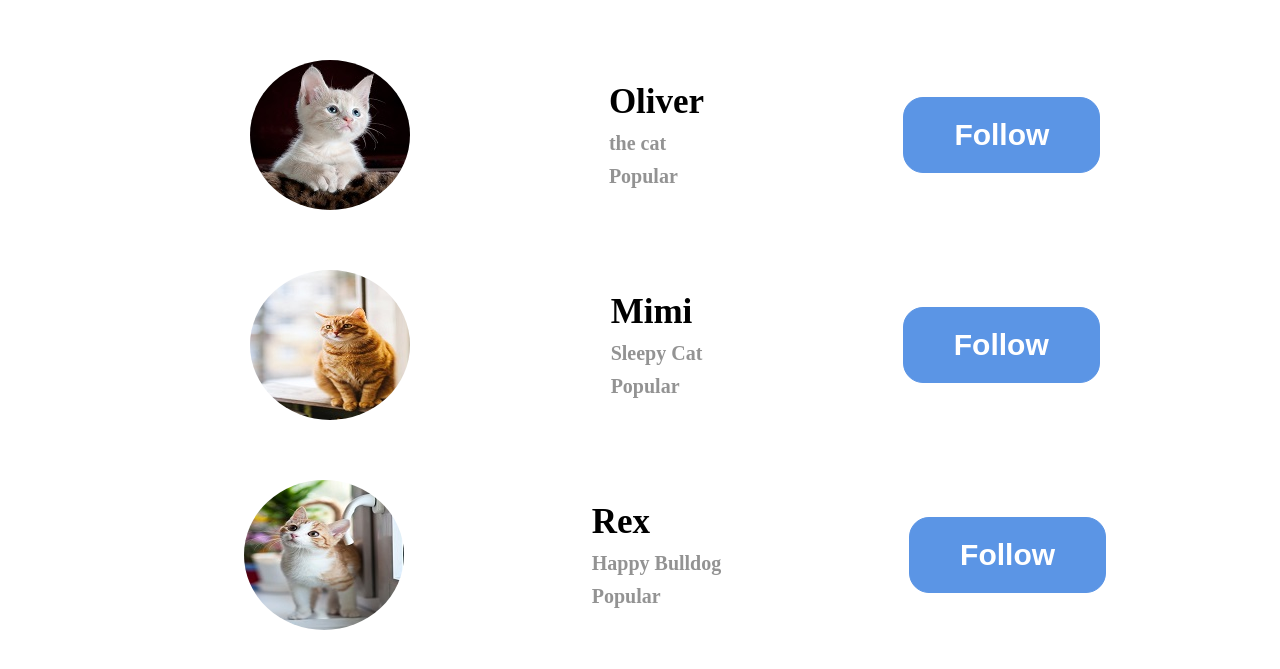
Repository: arifshahriyarnader/css-flexbox
Page: Exercise 4/index.html
An editor plug-in stored every save of this project. The page is shown before and after a run of saves, followed by the edit.
The browser window is 1280 px wide. The pictures show the whole page.

Above is the page before, as saved 2024-06-21 11:53:31.

### Exercise 4/index.html
<!DOCTYPE html>
<html lang="en">
<head>
    <meta charset="UTF-8">
    <meta name="viewport" content="width=device-width, initial-scale=1.0">
    <title>Document</title>
    <link rel="stylesheet" href="css/style.css">
</head>
<body>
        <div class="follow">
            <img src="images/cat1.jpg" alt="cat 1" class="follow_img">
            <div class="follow_content">
                <h3>Oliver</h3>
                <p>the cat</p>
                <p>Popular</p>
            </div>
            <!-- <div></div>
            <div></div>
            <div></div>
            <div></div>
            <div></div>
            <div></div>
            <div></div>
            <div></div>
            <div></div>
            <div></div>
            <div></div> -->
            <button type="submit" class="btn">Follow</button>
            <!-- <div></div>
            <div></div>
            <div></div>
            <div></div>
            <div></div>
            <div></div>
            <div></div>
            <div></div>
            <div></div> -->
        </div>

        <div class="follow">
            <img src="images/cat2.jpg" alt="cat 1" class="follow_img">
            <div class="follow_content">
                <h3>Mimi</h3>
                <p>Sleepy Cat</p>
                <p>Popular</p>
            </div>
            <!-- <div></div>
            <div></div>
            <div></div>
            <div></div>
            <div></div>
            <div></div>
            <div></div>
            <div></div>
            <div></div>
            <div></div>
            <div></div> -->
            <button type="submit" class="btn">Follow</button>
            <!-- <div></div>
            <div></div>
            <div></div>
            <div></div>
            <div></div>
            <div></div>
            <div></div>
            <div></div>
            <div></div> -->
        </div>

        <div class="follow">
            <img src="images/cat3.jpg" alt="cat 1" class="follow_img">
            <div class="follow_content">
                <h3>Rex</h3>
                <p>Happy Bulldog</p>
                <p>Popular</p>
            </div>
            <!-- <div></div>
            <div></div>
            <div></div>
            <div></div>
            <div></div>
            <div></div>
            <div></div>
            <div></div>
            <div></div>
            <div></div>
            <div></div> -->
            <button type="submit" class="btn">Follow</button>
            <!-- <div></div>
            <div></div>
            <div></div>
            <div></div>
            <div></div>
            <div></div>
            <div></div>
            <div></div>
            <div></div> -->
        </div>
</body>
</html>

### Exercise 4/css/style.css
*{
    margin:0;
    padding: 0;
    box-sizing: border-box;
}
.follow{
    display: flex;
    align-items: center;
    justify-content: space-around;
    margin:60px 80px;
}
.follow_img{
    border-radius: 50%;
    margin-left: 70px;
}
.follow_content h3{
    font-size: 35px;

}
.follow_content p{
    color:#939393;
    font-size: 20px;
    font-weight: bold;
    padding-top: 10px;
}

.btn{
    background-color: #5B95E5;
    color: #fff;
    padding: 20px 50px;
    font-size: 30px;
    font-weight: bold;
    border: 1px solid #5B95E5;
    border-radius: 20px;
}

After the next 6 saves:
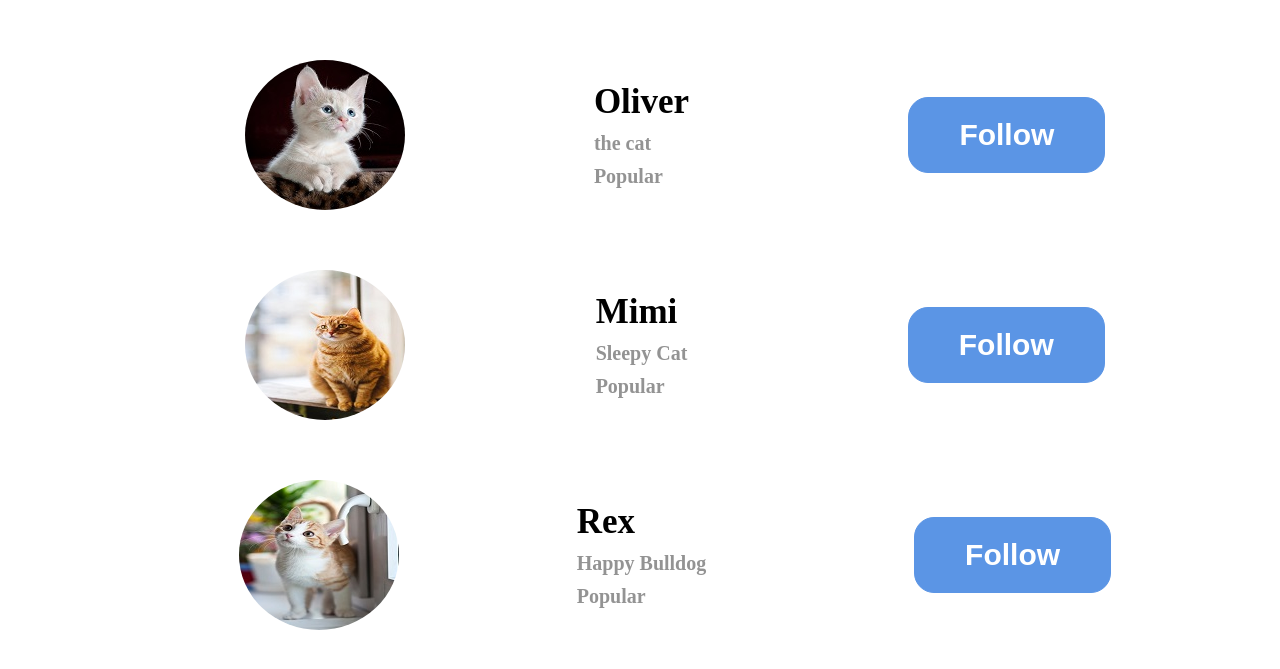
The 6 saves are shown as one change because they came seconds apart.
The last was saved 15 s later.
--- a/Exercise 4/css/style.css
+++ b/Exercise 4/css/style.css
@@ -12,6 +12,9 @@
 .follow_img{
     border-radius: 50%;
     margin-left: 70px;
+}
+.follow_content{
+    margin-right: 30px;
 }
 .follow_content h3{
     font-size: 35px;
